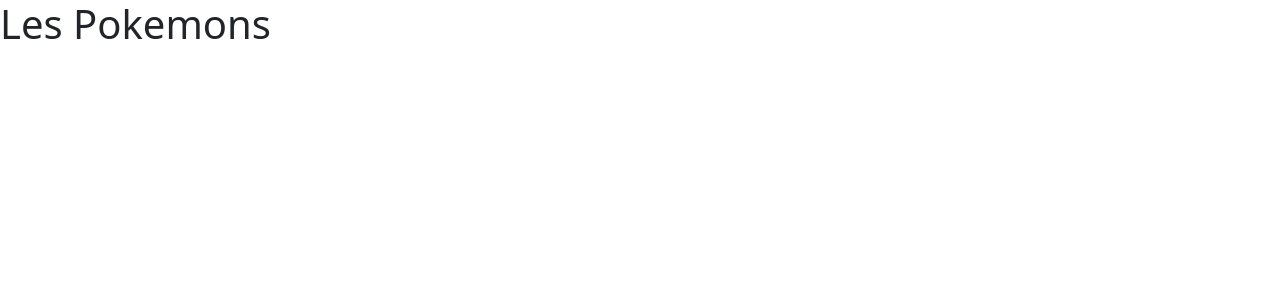
Repository: Coumba25040/coumbaProjet
Page: exoGPT/exo2fetch.html
These files come from the project's save history. The page is drawn as it stood at one moment and after the next save; the edit follows.
The browser window is 1280 px wide. The pictures show the whole page.
The page's requests for data from a server got no answer.

Above is the page before, as saved 2025-08-24 19:50:25.

### exoGPT/exo2fetch.html
<!DOCTYPE html>
<html lang="en">
<head>
    <meta charset="UTF-8">
    <meta name="viewport" content="width=device-width, initial-scale=1.0">
    <title>Document</title>
    <link href="https://cdn.jsdelivr.net/npm/bootstrap@5.3.7/dist/css/bootstrap.min.css" rel="stylesheet" integrity="sha384-LN+7fdVzj6u52u30Kp6M/trliBMCMKTyK833zpbD+pXdCLuTusPj697FH4R/5mcr" crossorigin="anonymous">
    <link rel="stylesheet" href="styleApi.css">
</head>
<body>
    <h1>Les Pokemons</h1>
    <div id="pokemonContainer">

    </div>
    <script src="exo2fetch.js"></script>
</body>
</html>

### exoGPT/styleApi.css
#pokemonContainer{
    display: flex;
    flex-wrap: wrap;
    justify-content: center;


}

.pokemon{
    margin: 20px;

}

### exoGPT/exo2fetch.js

function afficherPokemon(){
    fetch('https://pokebuildapi.fr/api/v1/pokemon/limit/10')
        .then(r => {
            if(!r.ok){
                throw new Error('Erreur de réseau')
            }
            return r.json()
        })
        .then(posts =>{
            console.log(posts)
            const pokemonContainer = document.getElementById('pokemonContainer')

            pokemonContainer.innerHTML = ''
            posts.forEach(post => {
                const pokemon = document.createElement('div')
                pokemon.classList.add('pokemon')

                pokemon.innerHTML += `<div class="card" style="width: 1rem;">
                <img src="${post.image}" class="card-img-top" alt="pokemon">
                <div class="card-body">
                    <h5 class="card-title">${post.name}</h5>
                    <p class="card-text">Nombre d'attaque : ${post.stats.attack}</p>
                    <p class="card-text">Défense : ${post.stats.defense}</p>
                    <p class="card-text">HP : ${post.stats.HP}</p>
                </div>
                </div>`

                pokemonContainer.appendChild(pokemon)
            });
        })
        .catch(error => {
            console.log('Erreur :', error)
        })
}
afficherPokemon()

After the next save:
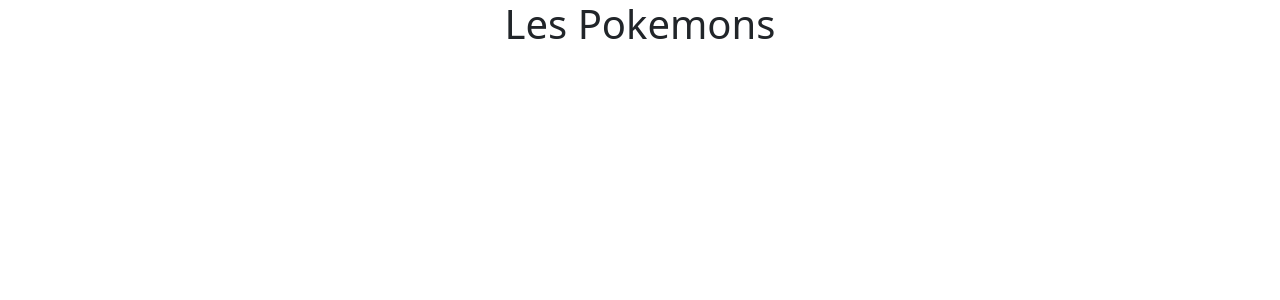
Saved 61 s later.
--- a/exoGPT/styleApi.css
+++ b/exoGPT/styleApi.css
@@ -10,3 +10,8 @@
     margin: 20px;
 
 }
+
+h1{
+    display: flex;
+    justify-content: center;
+}
